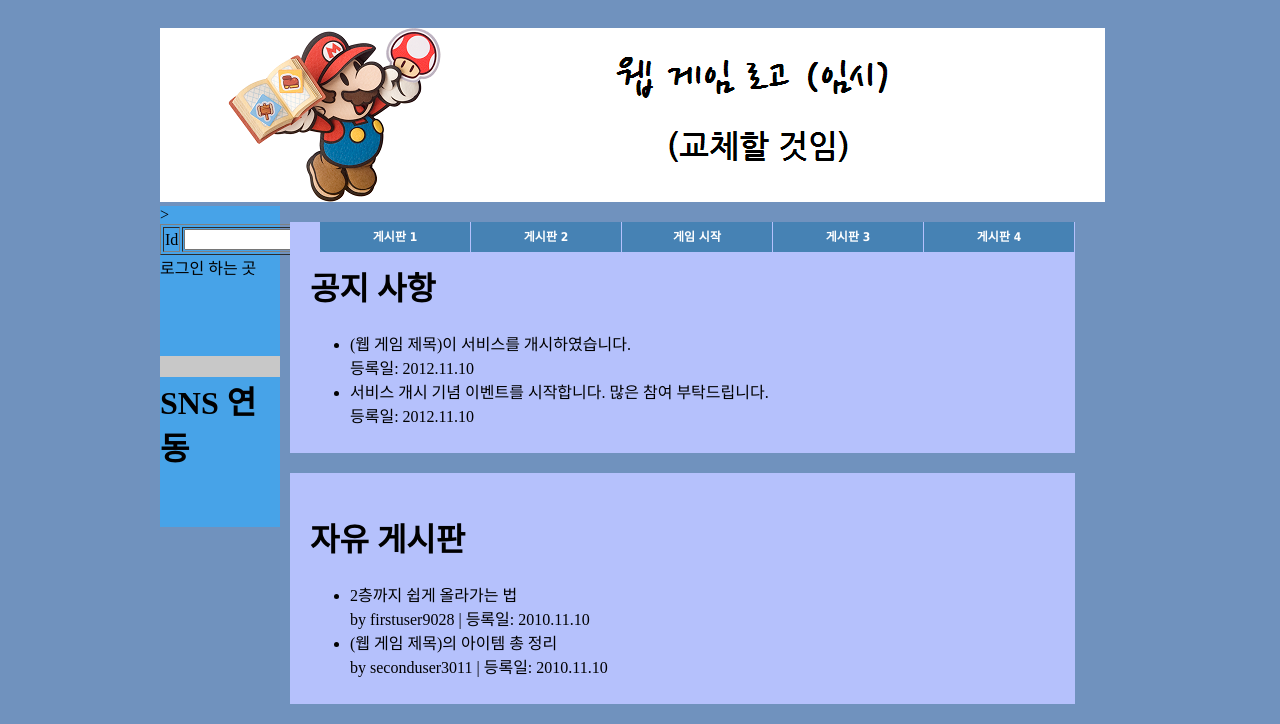
Repository: gunhe123/web_programing_project_Team_4
Page: web_game/WebContent/index.html
The author's editor kept a copy of each file at every save. The page is drawn from the files as they stood at one save, then again after the next save.
The browser window is 1280 px wide. The pictures show the whole page.

Above is the page before, as saved 2012-11-10 16:41:25.

After the next save:
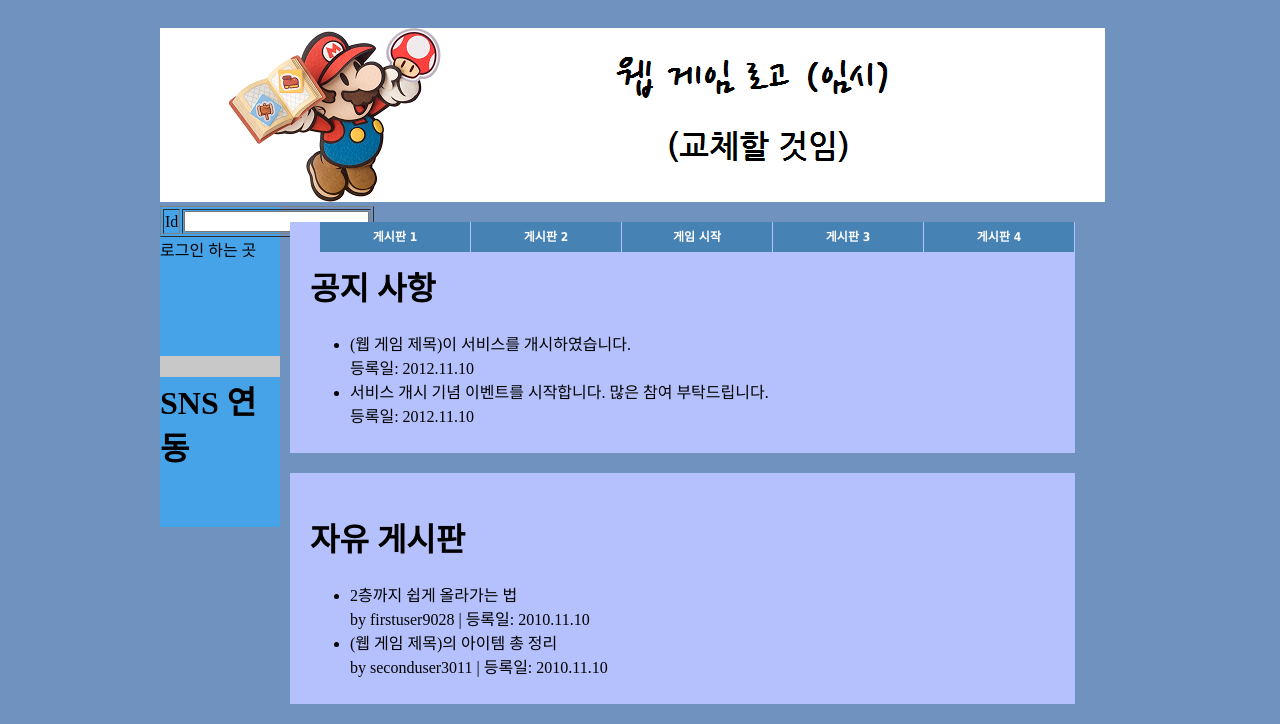
Saved 14 s later.
--- a/web_game/WebContent/index.html
+++ b/web_game/WebContent/index.html
@@ -21,7 +21,7 @@
 				<td>
 				<input type="textarea">
 				</td>
-				</tr>>
+				</tr>
 			</table>
 			로그인 하는 곳
 			</div>
